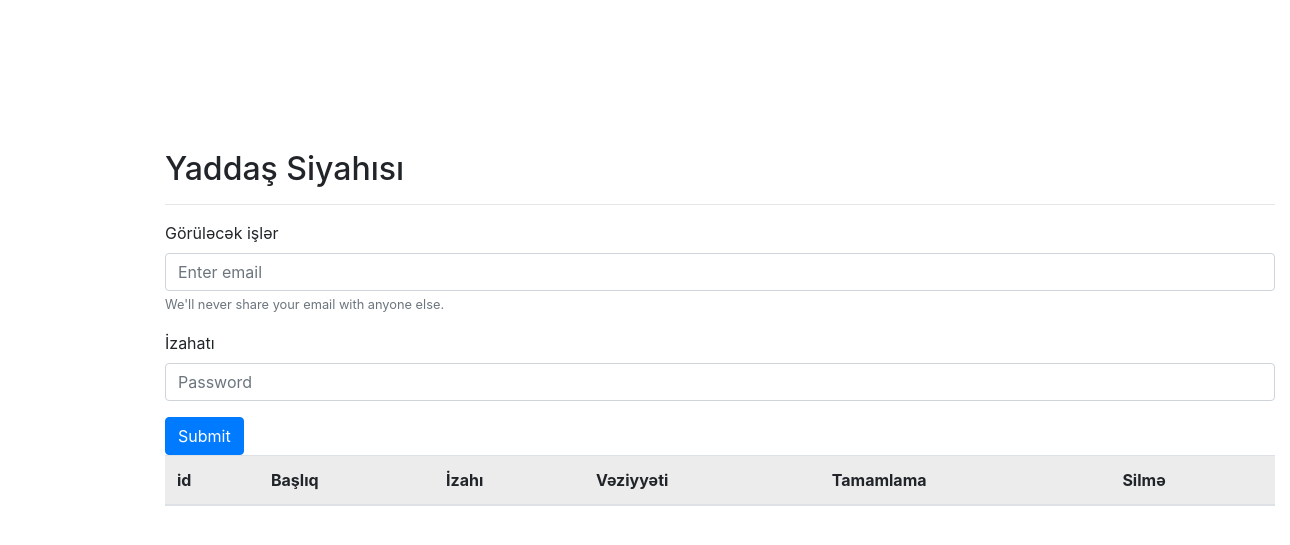
Repository: elvinyeka/ToDoApp
Page: http://localhost/
An editor plug-in stored every save of this project. The page is shown before and after the next save, followed by the edit.
The browser window is 1280 px wide. The page is 1290 px wide, so the pictures cover 1290 px, including what lies to the right of the window. The pictures show the whole page.
Some web libraries are served in a nearby version. The page is served by the project's application, run on Flask 3 (todo.py).

Above is the page before, as saved 2020-09-27 20:00:54.

After the next save:
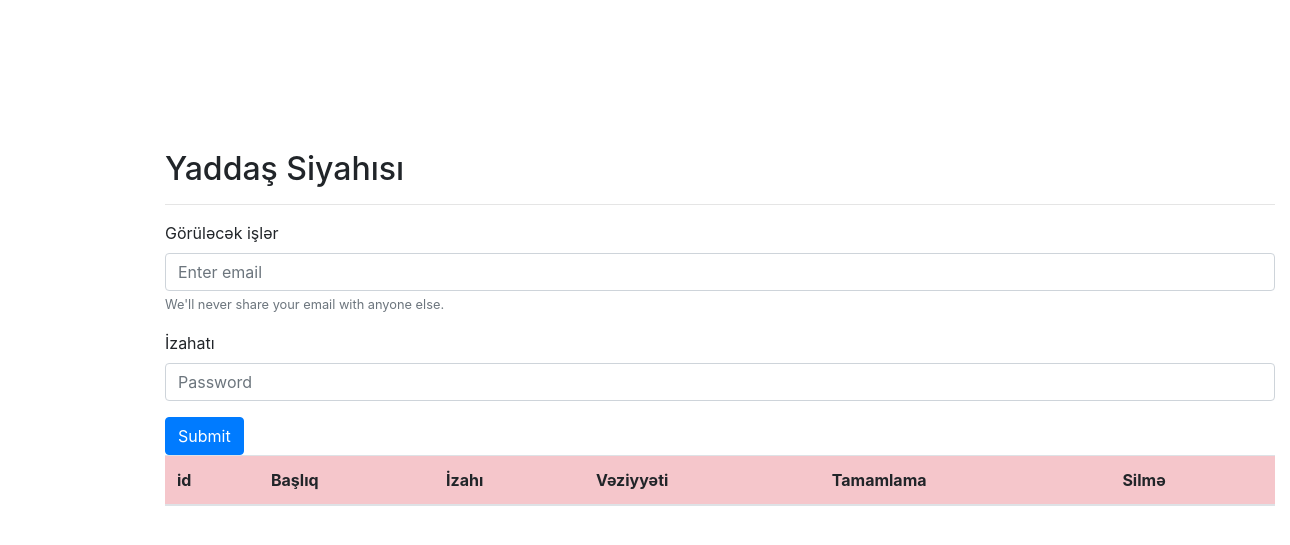
Saved 34 s later.
--- a/templates/index.html
+++ b/templates/index.html
@@ -26,7 +26,7 @@
             <button type="submit" class="btn btn-primary">Submit</button>
         </form>
         <table class="table table-hover">
-            <thead class="table-active">
+            <thead class="table-danger">
                 <tr>
                     <th scope="col">id</th>
                     <th scope="col">Başlıq</th>
